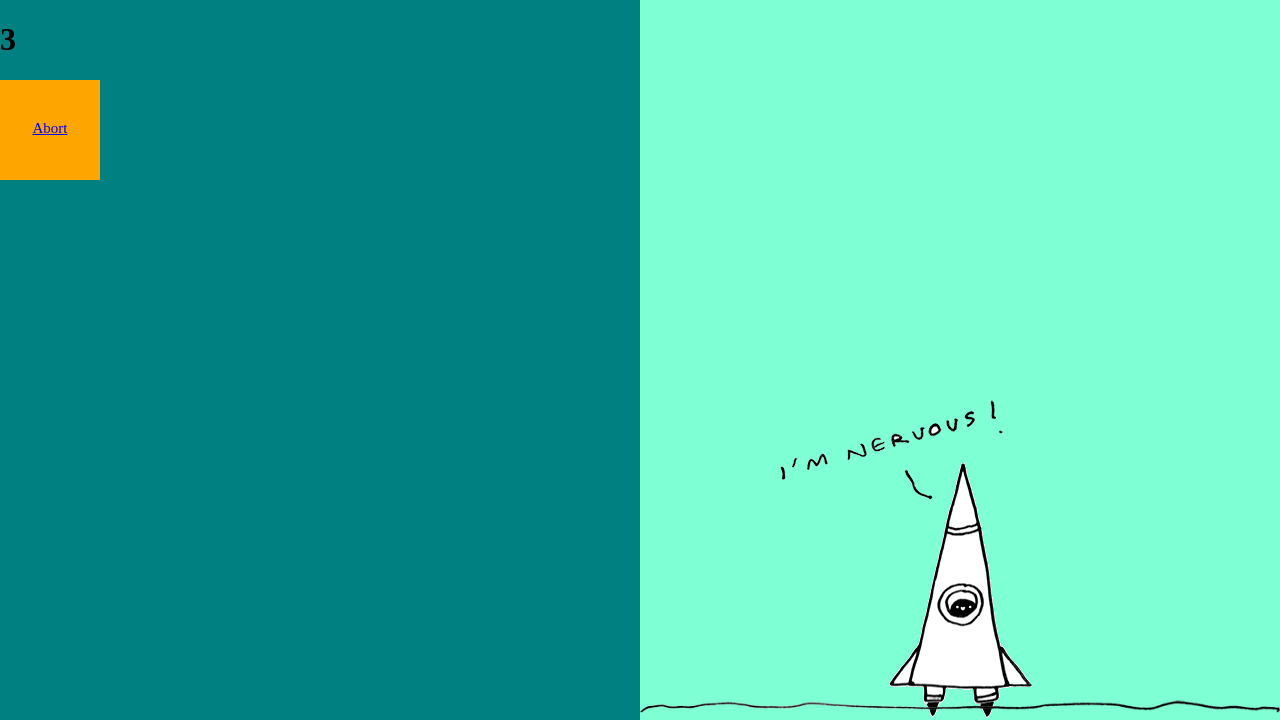
Repository: alcarrizo/Rocket-launch
Page: index.html
These files come from the project's save history. The page is drawn as it stood at one moment and after the next save; the edit follows.
The browser window is 1280 px wide. The pictures show the whole page.
After loading, the first visible `a.button` was clicked once.

Above is the page before, as saved 2022-10-20 17:34:16.
Console error: ReferenceError: Invalid left-hand side in assignment

After the next save:
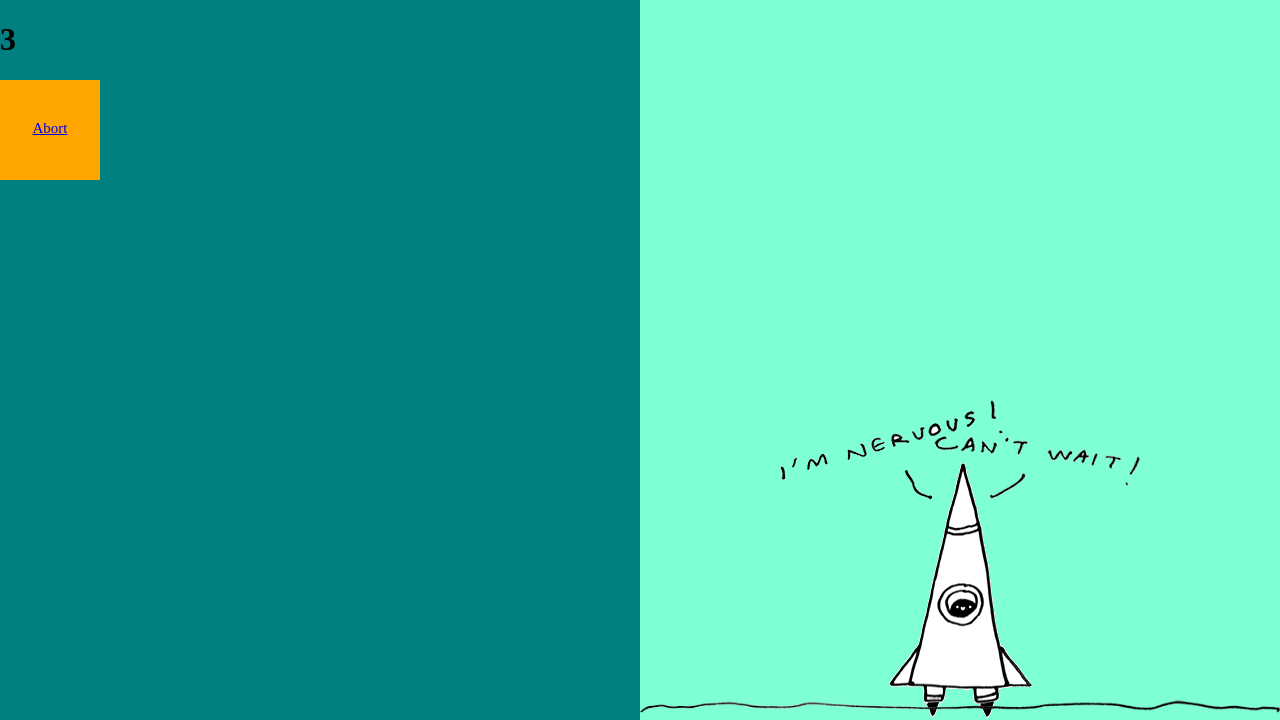
The error is gone.
Saved 14 s later.
--- a/js/script.js
+++ b/js/script.js
@@ -28,10 +28,10 @@ var changeState = function (state) {
             CountDownNum -= 1;
             document.getElementById('countdown').innerHTML = CountDownNum;
             if (CountDownNum == 5) {
-                document.getElementById('nervous') = 'nervous show';
+                document.getElementById('nervous').className = 'nervous show';
             };
             if (CountDownNum == 3) {
-                document.getElementById('cant-wait') = 'cant-wait show';
+                document.getElementById('cant-wait').className = 'cant-wait show';
             };
             if (CountDownNum <= 0) {
                 changeState(3);
